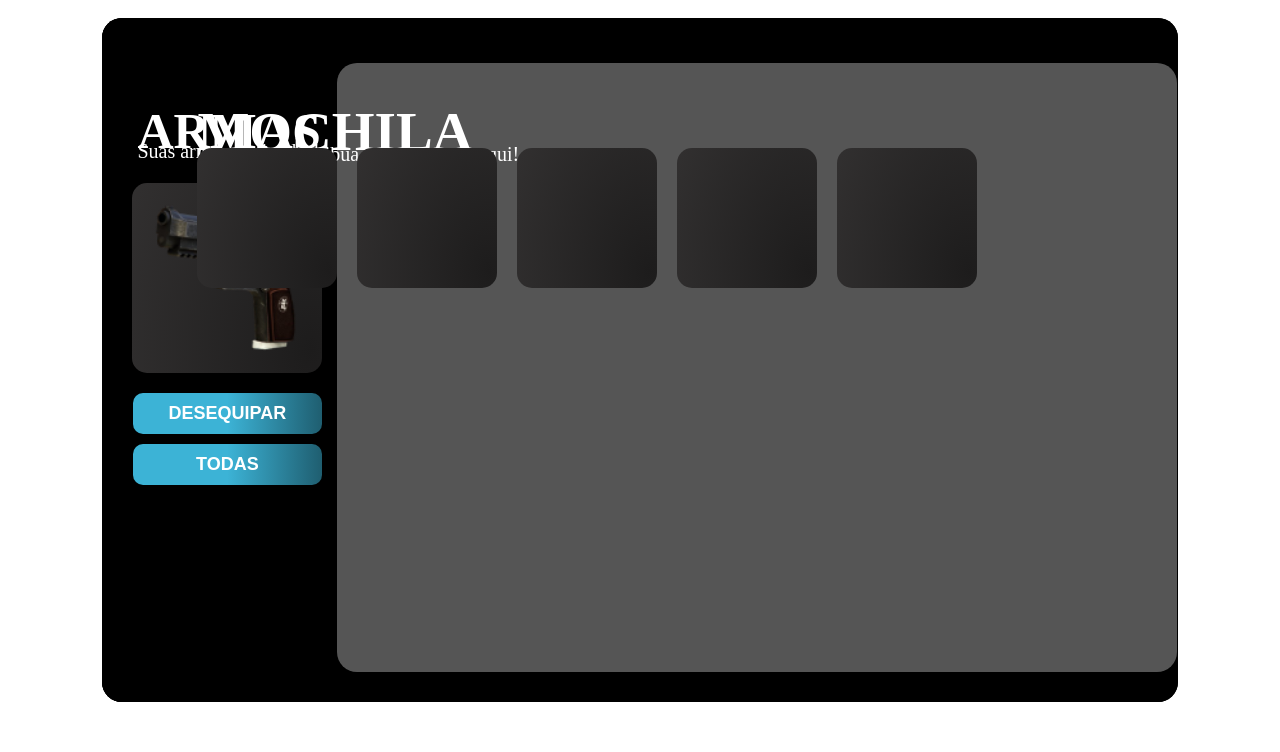
Repository: DuMCorrea/Mochila
Page: index.html
These files come from the project's save history. The page is drawn as it stood at one moment and after the next save; the edit follows.
The browser window is 1280 px wide. The pictures show the whole page.
Some web fonts or font styles are not loaded; a fallback is used.

Above is the page before, as saved 2024-09-02 22:39:48.

After the next save:
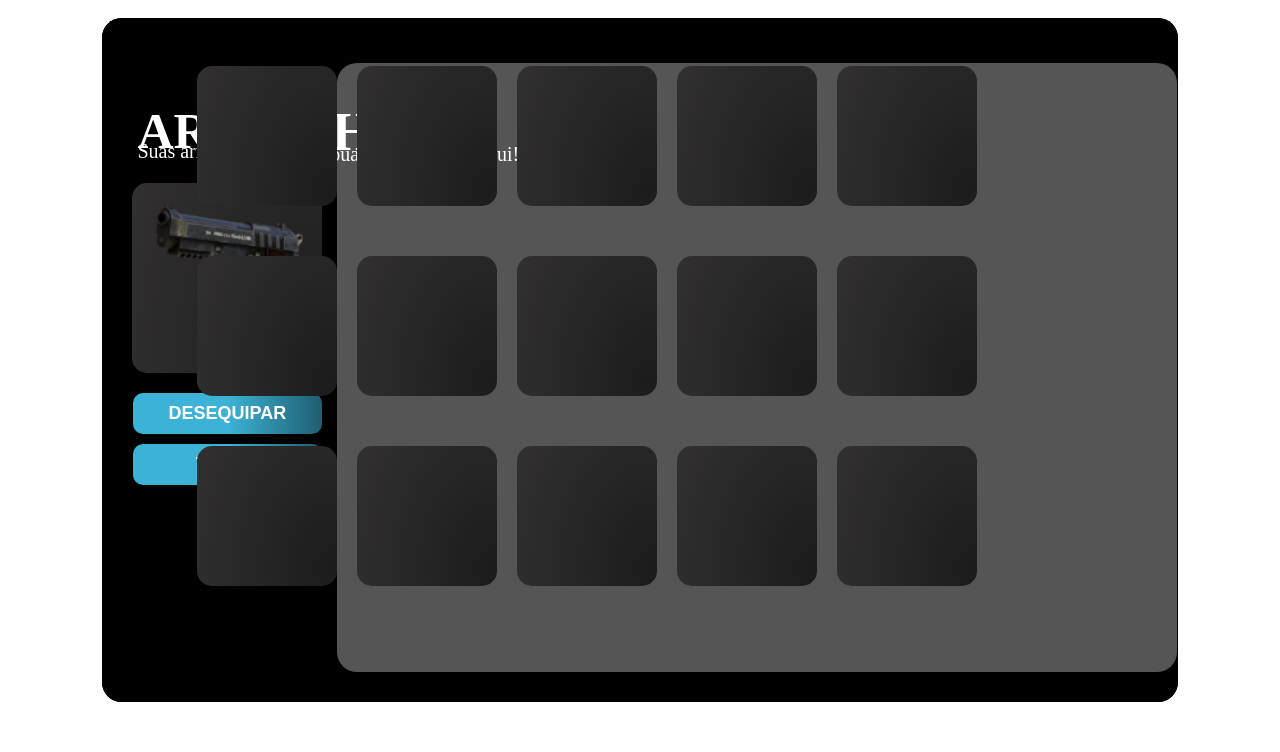
Saved 30 s later.
--- a/index.html
+++ b/index.html
@@ -32,6 +32,20 @@
                         <div class="square"></div>
                         <div class="square"></div>
                     </div>
+                    <div class="squares-container">
+                        <div class="square"></div>
+                        <div class="square"></div>
+                        <div class="square"></div>
+                        <div class="square"></div>
+                        <div class="square"></div>
+                    </div>
+                    <div class="squares-container">
+                        <div class="square"></div>
+                        <div class="square"></div>
+                        <div class="square"></div>
+                        <div class="square"></div>
+                        <div class="square"></div>
+                    </div>
                 </div>
             </div>
         </div>

After the save that followed:
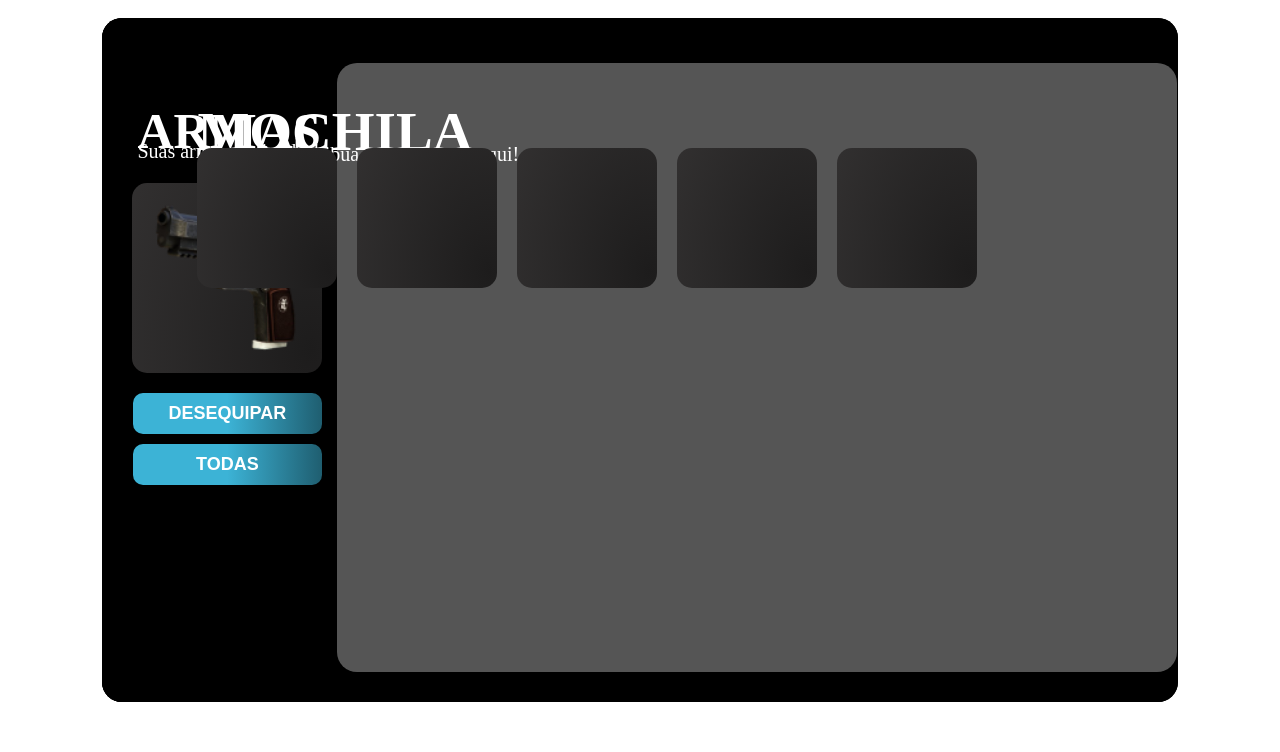
Saved 38 s later.
--- a/index.html
+++ b/index.html
@@ -32,20 +32,7 @@
                         <div class="square"></div>
                         <div class="square"></div>
                     </div>
-                    <div class="squares-container">
-                        <div class="square"></div>
-                        <div class="square"></div>
-                        <div class="square"></div>
-                        <div class="square"></div>
-                        <div class="square"></div>
-                    </div>
-                    <div class="squares-container">
-                        <div class="square"></div>
-                        <div class="square"></div>
-                        <div class="square"></div>
-                        <div class="square"></div>
-                        <div class="square"></div>
-                    </div>
+
                 </div>
             </div>
         </div>
